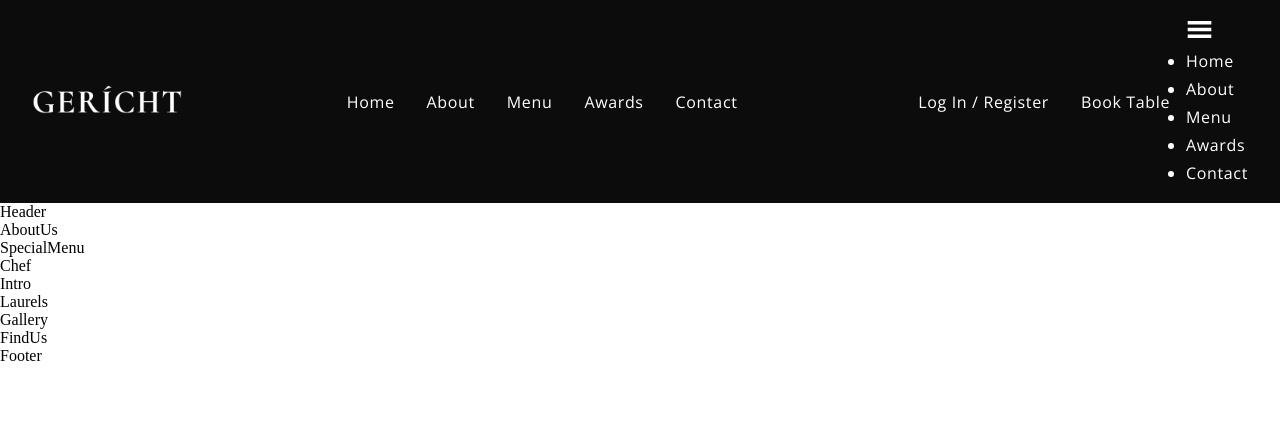
Repository: Isanderr/react-restaurant-page
Page: /
The author's editor kept a copy of each file at every save. The page is drawn from the files as they stood at one save, then again after the next save.
The browser window is 1280 px wide. The pictures show the whole page.
Some web fonts or font styles are not loaded; a fallback is used. The project was rebuilt for these pictures with package versions that can differ from the ones it lists, and the page was loaded fresh each time. Also part of the build but not shown: src/components/SubHeading/SubHeading.jsx, src/components/Footer/Newsletter.jsx, src/components/Footer/FooterOverlay.jsx, src/components/Menuitem/MenuItem.jsx.

Above is the page before, as saved 2022-05-21 14:43:52.

After the next save:
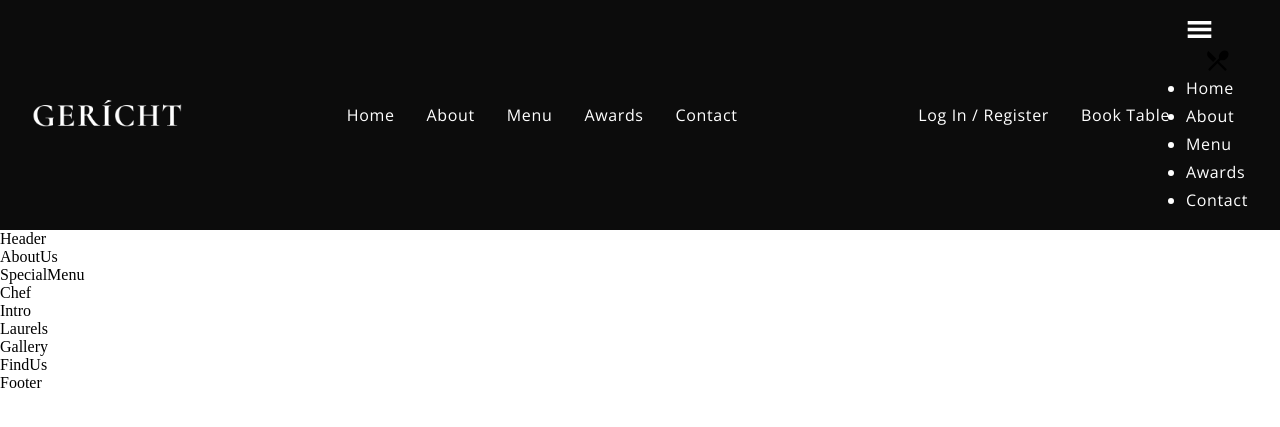
Saved 93 s later.
--- a/src/components/Navbar/Navbar.jsx
+++ b/src/components/Navbar/Navbar.jsx
@@ -27,7 +27,9 @@ const Navbar = () => (
       <GiHamburgerMenu color="#fff" fontSize={27} onClick={() => { }} />
 
 
-      <div className="app__navbar-smallscreen_overlay flex__center slide-bottom"></div>
+      <div className="app__navbar-smallscreen_overlay flex__center slide-bottom">
+        <MdOutlineRestaurantMenu fontSize={27} className="overlay__close" onClick={() => { }}/>
+      </div>
 
       <ul className="app__navbar-smallscreen-links">
       <li className="p__opensans"><a href="#home">Home</a></li>
